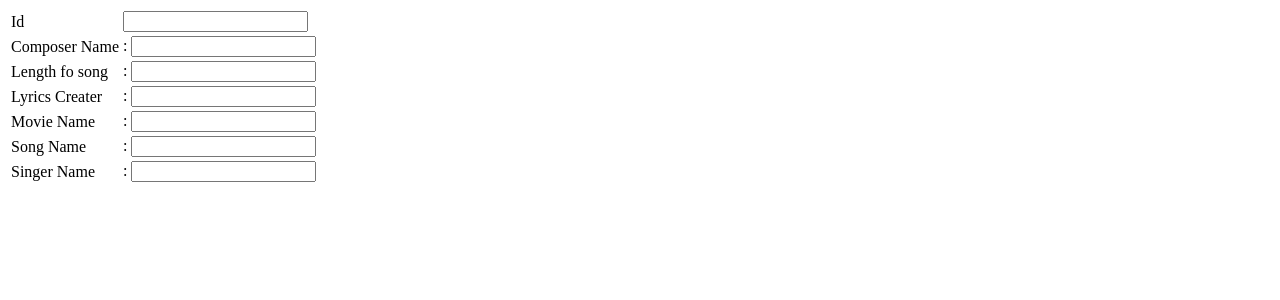
Repository: vishaltawar/J2EE-WEJE-2
Page: http://localhost/musicjsp/songInsert.jsp
These files come from the project's save history. The page is drawn as it stood at one moment and after the next save; the edit follows.
The browser window is 1280 px wide. The pictures show the whole page.
The page is served by Tomcat 9.

Above is the page before, as saved 2022-12-18 11:22:05.

### musicjsp/src/main/webapp/songInsert.jsp
<%@ page language="java" contentType="text/html; charset=UTF-8"
	pageEncoding="UTF-8"%>
<!DOCTYPE html>
<html>
<head>
<meta charset="UTF-8">
<title>Insert title here</title>
</head>
<body>
	<form action="">

		<table>
			<tr>
				<td>Id</td>
				<td> <input type="text" name="id"> </td>
			</tr>
			<tr>
				<td>Composer Name</td>
				<td>:  <input type="text" name="compose"> </td>
			</tr>
			<tr>
				<td>Length fo song</td>
				<td>: <input type="text" name="length"> </td>
			</tr>
			<tr>
				<td>Lyrics Creater</td>
				<td>: <input type="text" name="length"></td>
			</tr>
			<tr>
				<td>Movie Name</td>
				<td>:  <input type="text" name="movie"></td>
			</tr>
			<tr>
				<td>Song Name</td>
				<td>:  <input type="text" name="name"></td>
			</tr>
			<tr>
				<td>Singer Name</td>
				<td>:  <input type="text" name="singer"></td>
			</tr>
		</table>

	</form>

</body>
</html>

After the next save:
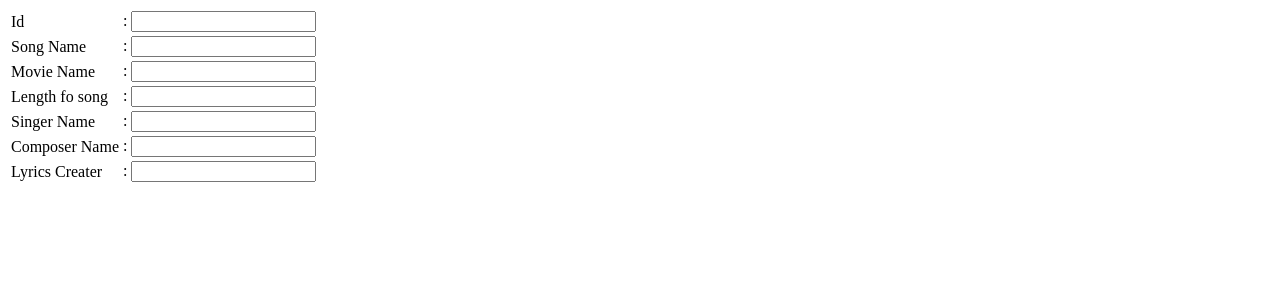
Saved 6 min 47 s later.
--- a/musicjsp/src/main/webapp/songInsert.jsp
+++ b/musicjsp/src/main/webapp/songInsert.jsp
@@ -12,32 +12,37 @@
 		<table>
 			<tr>
 				<td>Id</td>
-				<td> <input type="text" name="id"> </td>
+				<td>: <input type="text" name="id"></td>
+			</tr>
+			<tr>
+				<td>Song Name</td>
+				<td>: <input type="text" name="name"></td>
+			</tr>
+			<tr>
+				<td>Movie Name</td>
+				<td>: <input type="text" name="movie"></td>
+			</tr>
+			<tr>
+				<td>Length fo song</td>
+				<td>: <input type="text" name="length">
+				</td>
+			</tr>
+			<tr>
+				<td>Singer Name</td>
+				<td>: <input type="text" name="singer"></td>
 			</tr>
 			<tr>
 				<td>Composer Name</td>
-				<td>:  <input type="text" name="compose"> </td>
+				<td>: <input type="text" name="compose">
+				</td>
 			</tr>
-			<tr>
-				<td>Length fo song</td>
-				<td>: <input type="text" name="length"> </td>
-			</tr>
+
 			<tr>
 				<td>Lyrics Creater</td>
 				<td>: <input type="text" name="length"></td>
 			</tr>
-			<tr>
-				<td>Movie Name</td>
-				<td>:  <input type="text" name="movie"></td>
-			</tr>
-			<tr>
-				<td>Song Name</td>
-				<td>:  <input type="text" name="name"></td>
-			</tr>
-			<tr>
-				<td>Singer Name</td>
-				<td>:  <input type="text" name="singer"></td>
-			</tr>
+
+
 		</table>
 
 	</form>
